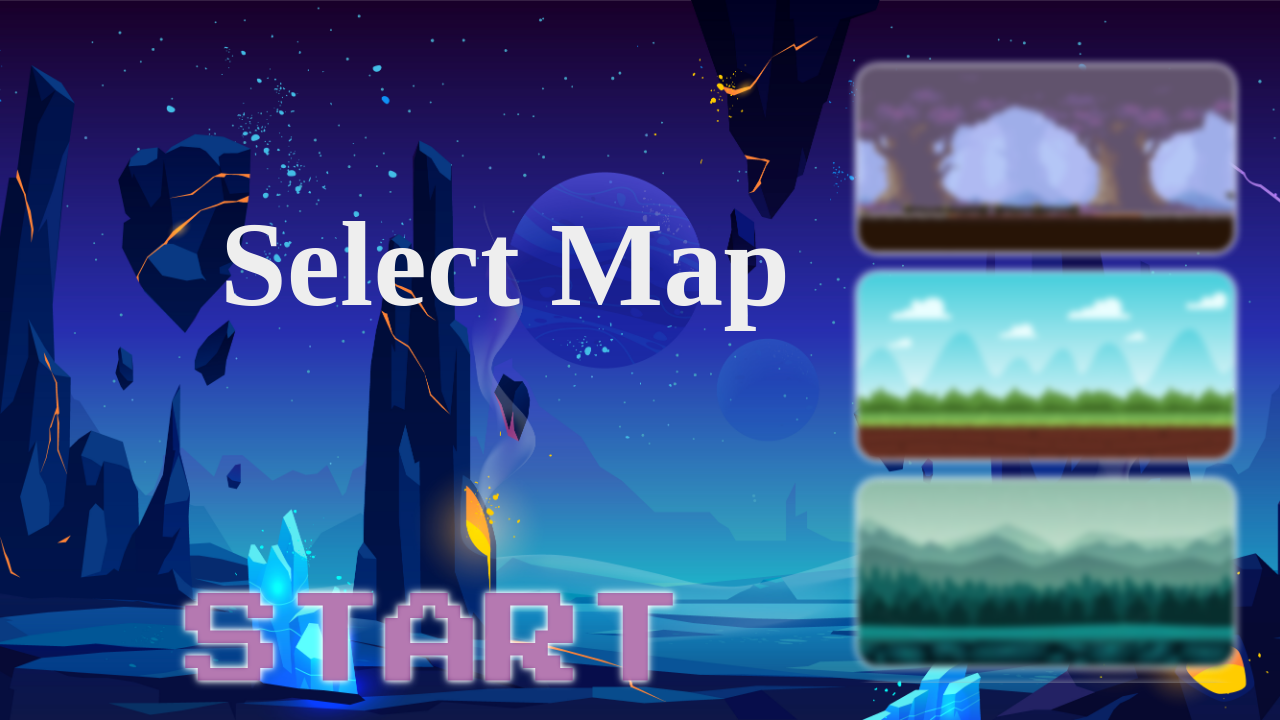
Repository: Gaurav31052/Fighting-game
Page: home.html
These files come from the project's save history. The page is drawn as it stood at one moment and after the next save; the edit follows.
The browser window is 1280 px wide. The pictures show the whole page.
An inner scrolling area shows only its first screen.

Above is the page before, as saved 2024-06-06 23:25:32.

After the next save:
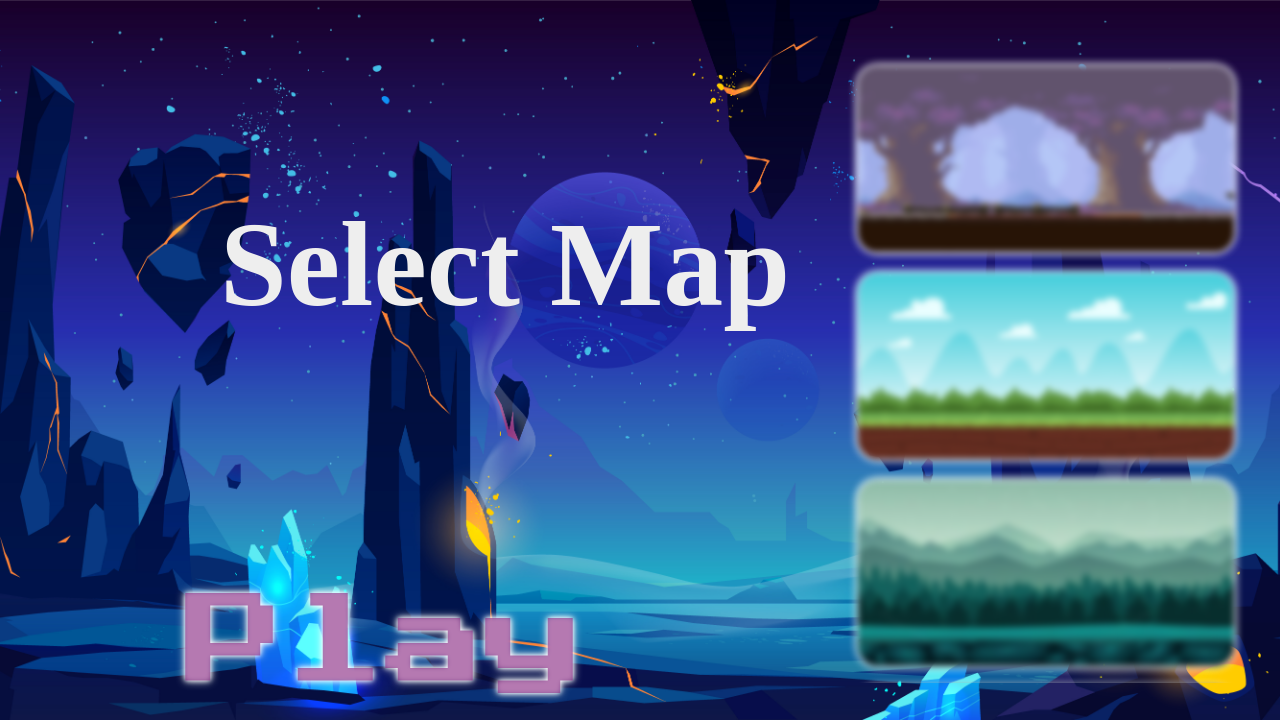
Saved 10 s later.
--- a/home.html
+++ b/home.html
@@ -24,7 +24,7 @@
 
                 <img id="mainbox" src="img/home.jpg" alt="">
 
-                <button id="btn"><a href='game.html'>START</a></button>
+                <button id="btn"><a href='game.html'>Play</a></button>
             </div>
 
         </div>
